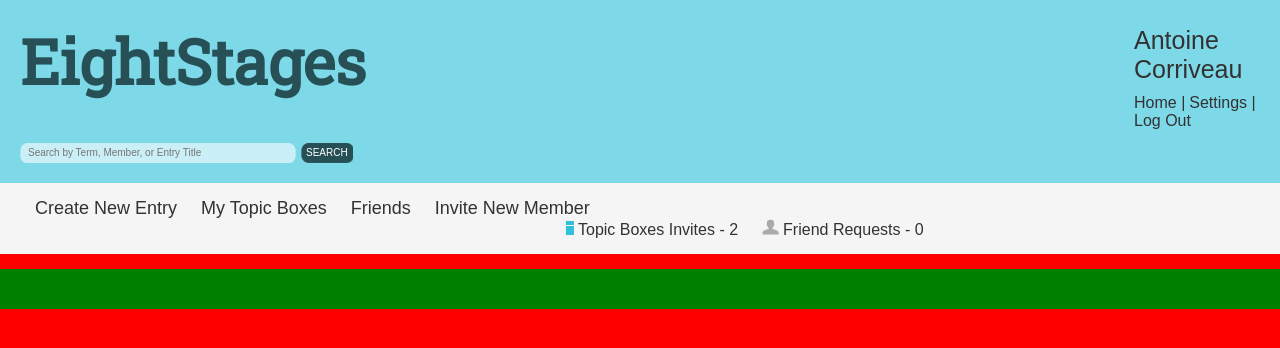
Repository: bhattaraib58/eighstages-lf-design
Page: Assignment 3/Eight Stages Website Mockup Done/index.html
These files come from the project's save history. The page is drawn as it stood at one moment and after the next save; the edit follows.
The browser window is 1280 px wide. The pictures show the whole page.
Some web fonts or font styles are not loaded; a fallback is used.

Above is the page before, as saved 2019-06-09 23:12:50.

### Assignment 3/Eight Stages Website Mockup Done/index.html
<!DOCTYPE html>
<html lang="en">

<head>
    <meta charset="UTF-8">
    <meta name="viewport" content="width=device-width, initial-scale=1.0">
    <meta http-equiv="X-UA-Compatible" content="ie=edge">
    <link href="https://fonts.googleapis.com/css?family=Roboto+Slab:300,400&display=swap" rel="stylesheet">
    <link href="https://fonts.googleapis.com/css?family=Istok+Web&display=swap" rel="stylesheet">
    <link rel="stylesheet" href="css/reset.css">
    <link rel="stylesheet" href="css/style.css">
    <title>EightStages</title>
</head>

<body>
    <div class="header">
        <div class="top-header clearfix">
            <div class="logo-search">
                <div class="logo">
                    <h1><a href="#">EightStages</a></h1>
                </div>
                <form action="#">
                    <div class="input">
                        <input type="text" name="search-box" placeholder="Search by Term, Member, or Entry Title">
                    </div>
                    <div class="button">
                        <button type="submit">SEARCH</button>
                    </div>
                </form>
            </div>
            <div class="profile-info">
                <div class="title"><a href="#">Antoine Corriveau</a></div>
                <ul class="horizontal-line">
                    <li><a href="#">Home |</a></li>
                    <li><a href="#">Settings |</a></li>
                    <li><a href="#">Log Out</a></li>
                </ul>
            </div>
        </div>
        <div class="bottom-header clearfix">
            <ul class="menu-items">
                <li><a href="#">Create New Entry</a></li>
                <li><a href="#">My Topic Boxes</a></li>
                <li><a href="#">Friends</a></li>
                <li><a href="#">Invite New Member</a></li>
            </ul>
            <div class="user-info">
                <a href="#" class="topic-invites">
                    <img src="images/topic-invites.png" alt="Topic Invites Icon">
                    <span>Topic Boxes Invites - </span>
                    <span>2</span>
                </a>
                <a href="#" class="friend-requests">
                    <img src="images/user.png" alt="User Icon">
                    <span>Friend Requests - </span>
                    <span>0</span>
                </a>
            </div>
        </div>
    </div>
    <div class="container">
        <div class="searches-entries-container">
            <div class="searches-container">

            </div>
            <div class="entries-container">

            </div>
        </div>
        <div class="short-links-container">

        </div>
    </div>
</body>

</html>

### Assignment 3/Eight Stages Website Mockup Done/css/reset.css
*
{
    margin: 0px;
    padding: 0px;
    box-sizing: border-box;
}

### Assignment 3/Eight Stages Website Mockup Done/css/style.css
body {
    background-color: red;
}

.header {
    background-color: green;
}

.top-header {
    background-color: #7dd8e8;
    padding: 20px;
}

.logo-search {
    width: 60%;
    float: left;
}

.clearfix::after {
    content: "";
    clear: both;
    display: table;
}

.logo {
    margin-right: 22px;
    font-family: 'Roboto Slab', serif;
    float: left;
}

.logo a {
    color: #274f56;
    text-decoration: none;
    font-size: 62px;
}

form {
    float: left;
    margin-top: 40px;
    margin-right: 178px;
}

form input {
    margin-right: 5px;
    width: 276px;
    height: 20px;
    background-color: transparent;
    border: 0px;
    padding: 8px;
    font-size: 10px;
    color: #5c5c5c;
    font-family: "Istok Web ", sans-serif;
    outline: none;
    display: inline-block;
}

form .input {
    background: url(../images/input.png) no-repeat;
    float: left;
}

form button {
    display: inline-block;
    outline: none;
    color: #ffffff;
    font-family: "Istok Web ", sans-serif;
    background-color: transparent;
    border: 0px;
    padding: 5px;
    font-size: 10px;
    text-align: center;
    display: inline-block;
}

form .button {
    background: url(../images/button.png) no-repeat;
    float: left;
}

.profile-info {
    width: 40%;
    float: right;
    margin-top: 6px;
    padding-left: 370px;
}

.title {
    font-size: 25px;
    font-family: "Muli", sans-serif;
    margin-bottom: 10px;
}

.profile-info a {
    color: #323232;
    text-decoration: none;
}

ul.horizontal-line li {
    display: inline;
    font-family: "Istok Web ", sans-serif;
    font-size: 16px;
}

.bottom-header {
    background-color: #f5f5f5;
    padding: 15px;
    margin-bottom: 15px;
}
.menu-items
{
    float: left;
}
.menu-items li {
    display: inline-block;
    font-family: "Istok Web ", sans-serif;
    font-size: 18px;
    margin-left: 20px;
}
.menu-items a {
    color: #323232;
    text-decoration: none;
}
.user-info
{
    float: left;
    margin-left: 550px;
}
.user-info a
{
    margin-right: 20px;
    text-decoration: none;
    color: #323232;
}

.user-info span
{
    font-family: "Istok Web ", sans-serif;
    font-size: 16px;
}

.container
{
    padding: 20px;

    background-color:green;
}

After the next save:
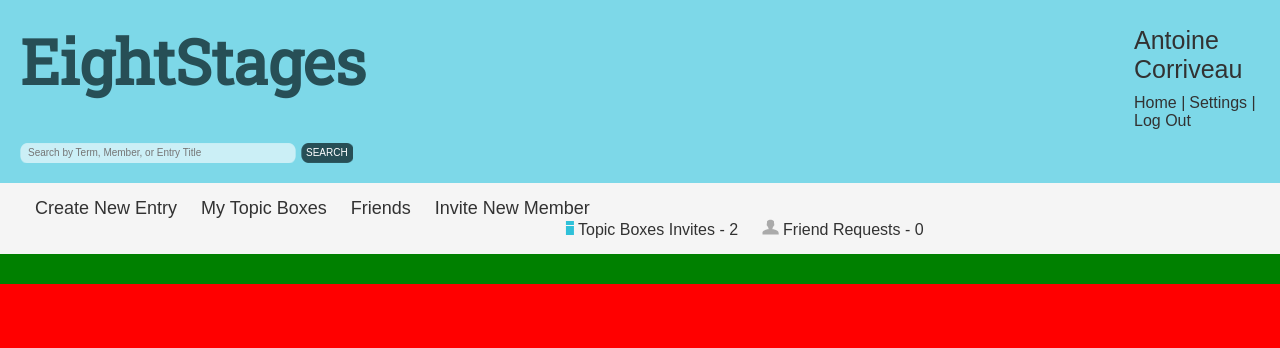
Saved 90 s later.
--- a/Assignment 3/Eight Stages Website Mockup Done/css/style.css
+++ b/Assignment 3/Eight Stages Website Mockup Done/css/style.css
@@ -104,7 +104,6 @@
 .bottom-header {
     background-color: #f5f5f5;
     padding: 15px;
-    margin-bottom: 15px;
 }
 .menu-items
 {
@@ -140,7 +139,6 @@
 
 .container
 {
-    padding: 20px;
-
+    padding:30px 20px 0px 20px;
     background-color:green;
 }
